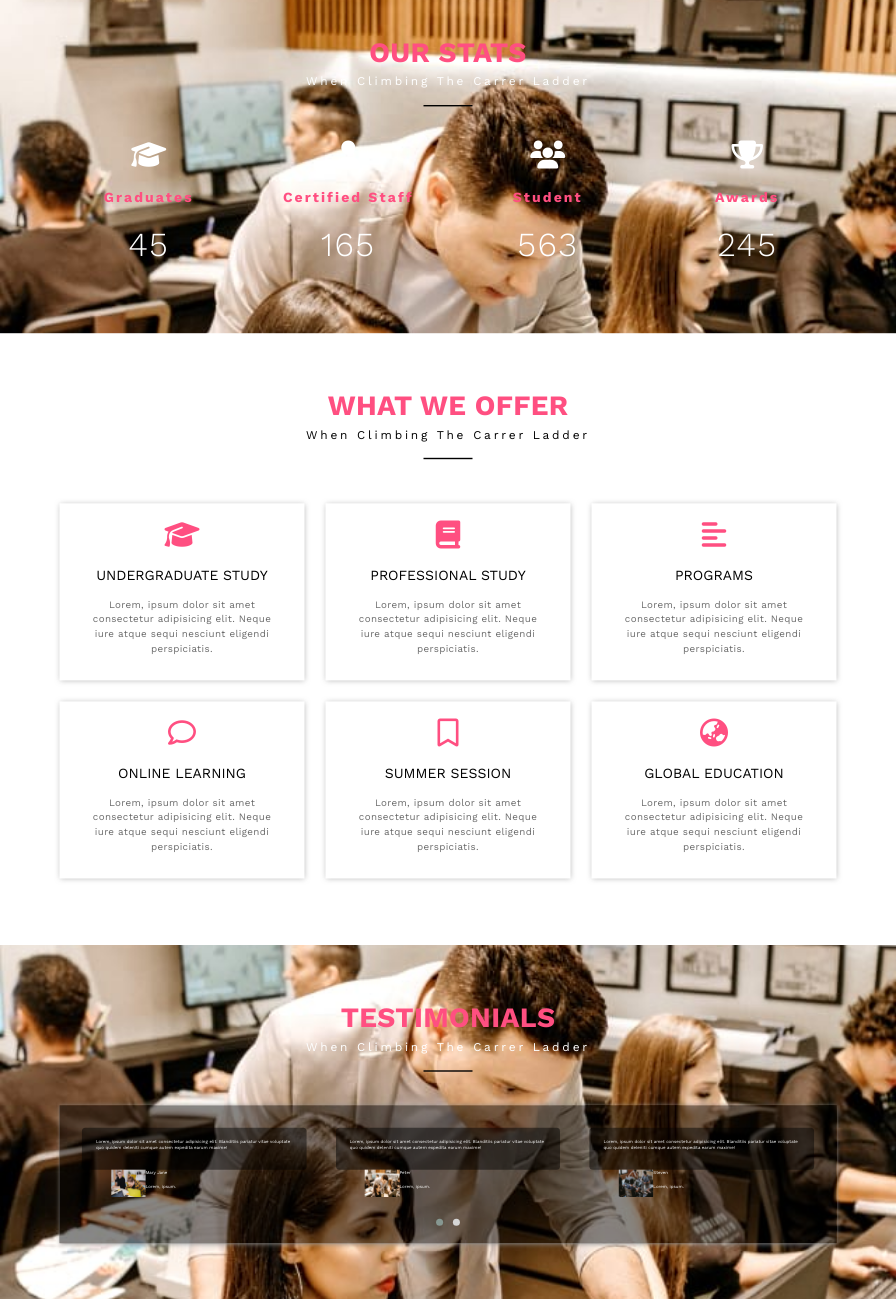
Repository: tudo1611/BC44_BOOTSTRAP_B7_INSTRUCTION_DO-TRUNG-TU
Page: index.html
These files come from the project's save history. The page is drawn as it stood at one moment and after the next save; the edit follows.
The browser window is 1280 px wide. The pictures show the part of the page from y = 1830 to 3750 px (the page is 3686 px tall before and 3750 px after), at 70% of full size.
Backgrounds fixed to the window are drawn as part of the page.

Above is the page before, as saved 2023-01-20 14:38:05.

After the next save:
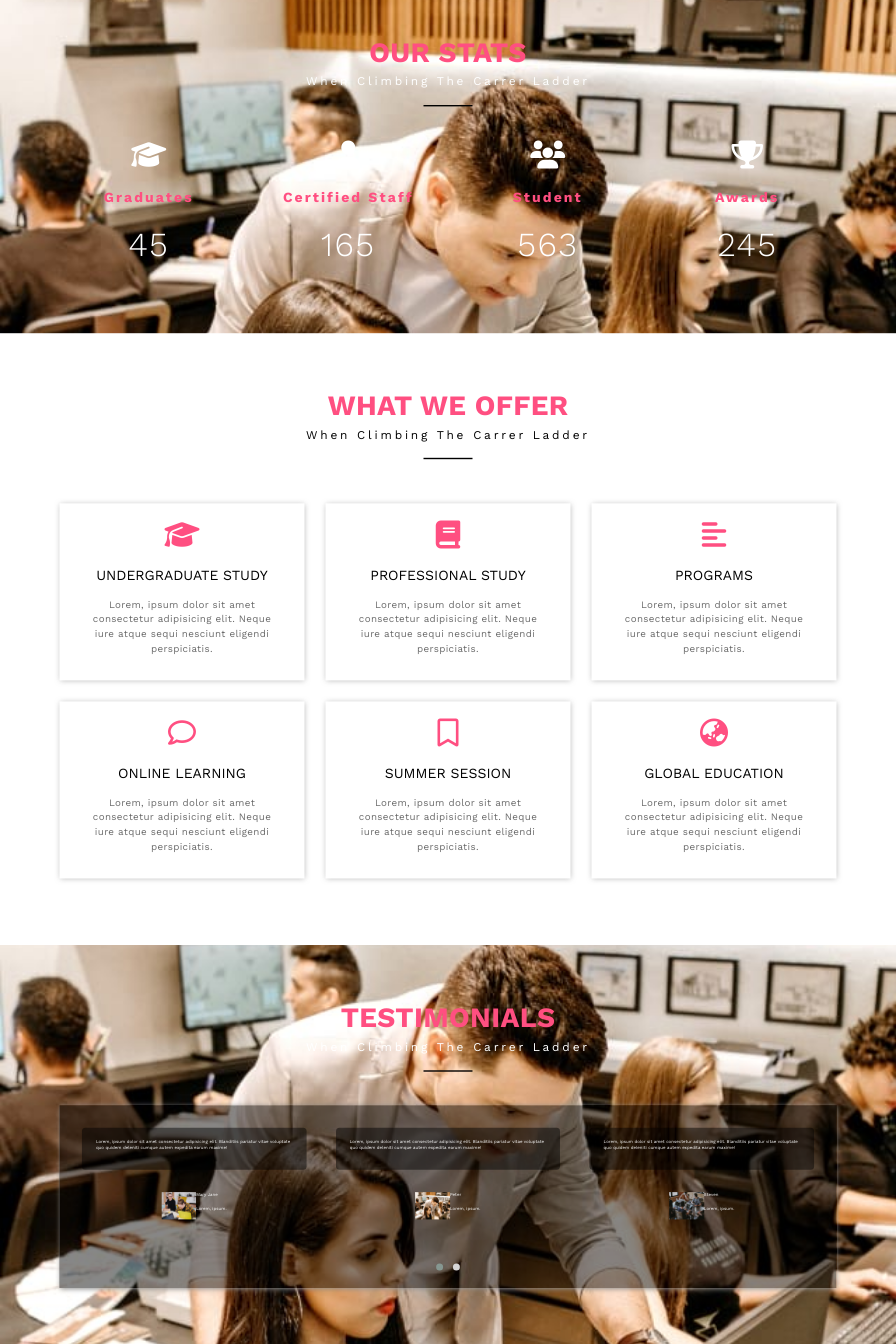
Saved 11 s later.
--- a/css/index.css
+++ b/css/index.css
@@ -277,5 +277,5 @@ html, body{
     display: flex;
     justify-content: center;
     width: 55%;
-    margin: ;
-}
+    margin: 3.2rem auto;
+}
